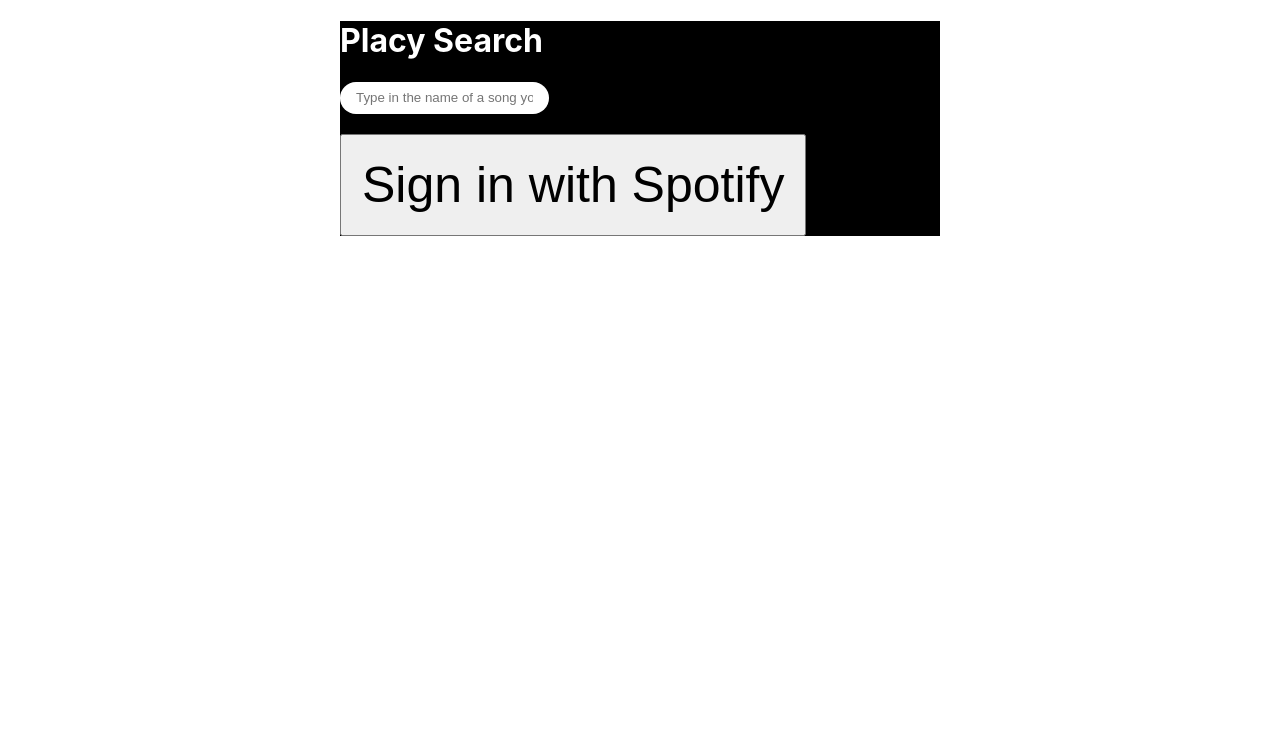
Repository: hideodaikoku/placy-jr
Page: /
An editor plug-in stored every save of this project. The page is shown before and after the next save, followed by the edit.
The browser window is 1280 px wide. The pictures show the whole page.
The project was rebuilt for these pictures with package versions that can differ from the ones it lists, and the page was loaded fresh each time.

Above is the page before, as saved 2020-03-17 01:26:20.

After the next save:
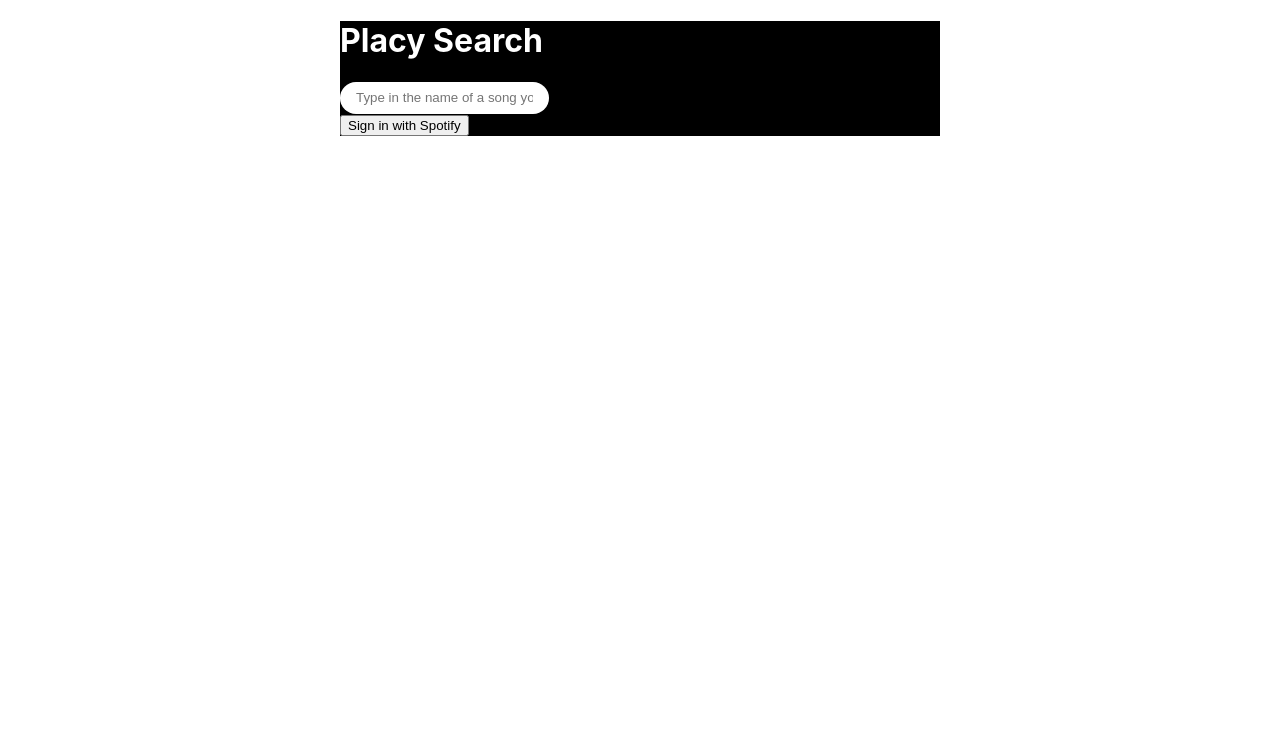
Saved 61 s later.
--- a/src/components/App.js
+++ b/src/components/App.js
@@ -32,8 +32,7 @@
                             query = {this.state.query}
                         />
                     </div>
-                    <button onClick={() => {window.location = 'http://localhost:5000/login'}}
-                    style={{padding: '20px', 'font-size': '50px', 'margin-top': '20px'}}>Sign in with Spotify</button>
+                    <button onClick={() => {window.location = 'http://localhost:5000/login'}}>Sign in with Spotify</button>
                 </div>
             </div>
         )
